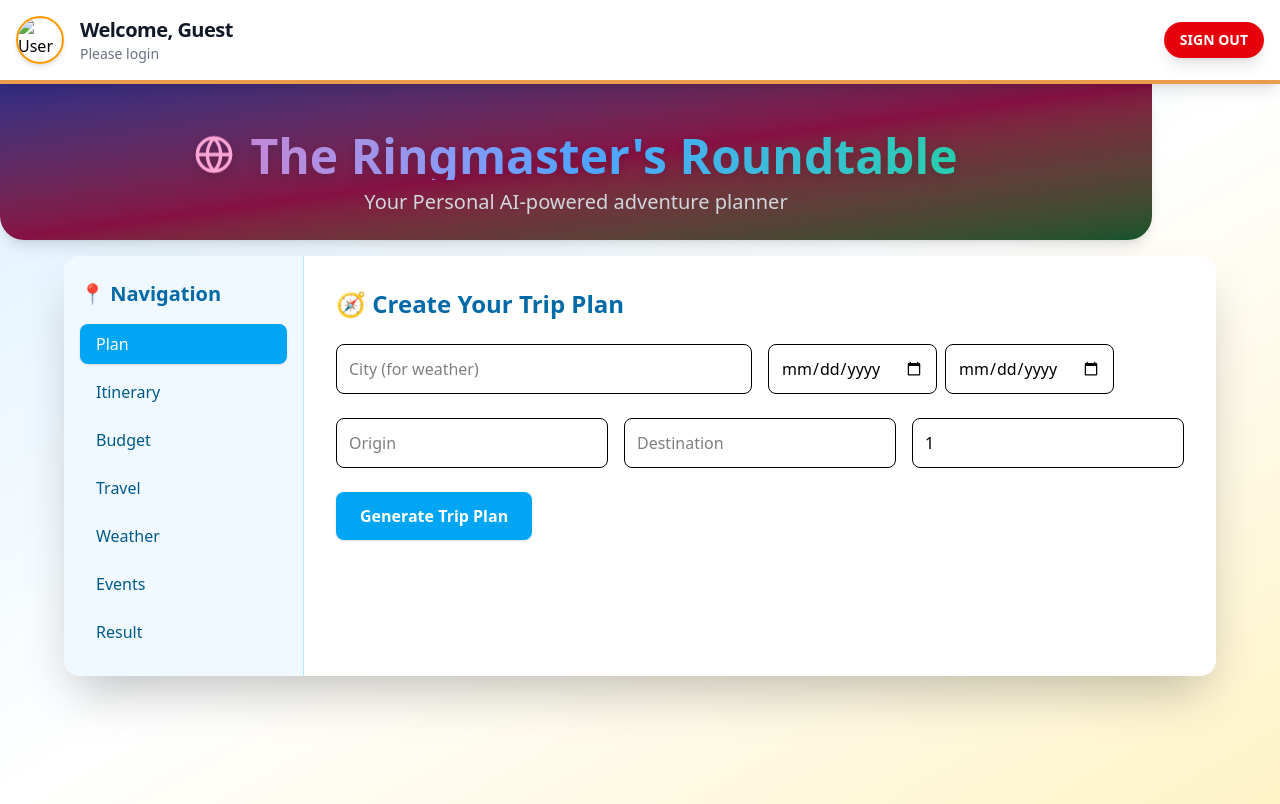
Repository: vega2006/The-Ringmaster-s-Roundtable
Page: /dashboard (app in client/)
An editor plug-in stored every save of this project. The page is shown before and after the next save, followed by the edit.
The browser window is 1280 px wide. The pictures show the whole page.
The page's requests for data from a server got no answer. The project was rebuilt for these pictures with package versions that can differ from the ones it lists, and the page was loaded fresh each time. No one was signed in, and anything a server would have sent is missing. Also part of the build but not shown: client/vite.config.js, client/src/components/GoogleLogin.jsx, client/src/components/NotFound.jsx, client/src/components/WeatherContent.jsx, client/src/components/TravelContent.jsx, client/src/components/ItineraryContent.jsx, client/src/components/BudgetContent.jsx, client/src/components/EventsContent.jsx and 11 more.

Above is the page before, as saved 2025-10-10 20:59:47.

### client/src/App.jsx


import { GoogleOAuthProvider } from "@react-oauth/google";
import GoogleLogin from "./components/GoogleLogin";
import { BrowserRouter, Route, Routes, Navigate } from 'react-router-dom';
import { useState } from 'react';
import RefreshHandler from './components/RefreshHandler';
import NotFound from './components/NotFound';
import Dashboard from "./pages/Dashboard";
import Home from "./pages/Home";
import AIDashboard from "./pages/AIDashboard";
export default function App() {
  const [isAuthenticated, setIsAuthenticated] = useState(false);

  const GoogleWrapper = () => (
    <GoogleOAuthProvider clientId="1054190178825-cc3eg87b9uvh9hfn384ge5sqe5hq9l5v.apps.googleusercontent.com">
      <GoogleLogin />
    </GoogleOAuthProvider>
  );

  const PrivateRoute = ({ element }) => {
    return isAuthenticated ? element : element;
  };

  return (
    <BrowserRouter>
      <RefreshHandler setIsAuthenticated={setIsAuthenticated} />
      <Routes>
        {/* Public route for the Home page, where users can sign in */}
        <Route path="/" element={<Home isAuthenticated={isAuthenticated} />} />

        {/* This is the login page. Redirect to home after login. */}
        <Route path="/login" element={<GoogleWrapper />} />

        {/* This is the protected dashboard route */}
        <Route path='/dashboard' element={<PrivateRoute element={<Dashboard />} />} />
         <Route path='/prompt' element={<PrivateRoute element={<AIDashboard />} />} />

        {/* Catch-all route for invalid URLs */}
        <Route path="*" element={<NotFound />} />
      </Routes>
    </BrowserRouter>
  );
}

### client/src/components/RefreshHandler.jsx
import React, { useEffect } from 'react';
import { useLocation, useNavigate } from 'react-router-dom';

function RefrshHandler({ setIsAuthenticated }) {
    const location = useLocation();
    const navigate = useNavigate();

    useEffect(() => {
        const data = localStorage.getItem('user-info');
        const token = JSON.parse(data)?.token;
        if (token) {
            setIsAuthenticated(true);
            if (location.pathname === '/' ||
                location.pathname === '/login'
            ) {
                navigate('/dashboard', { replace: false });
            }
        }
    }, [location, navigate, setIsAuthenticated])

    return (
        null
    )
}

export default RefrshHandler

### client/src/pages/Dashboard.jsx
// import AppHeader from "./components/AppHeader";
// import Sidebar from "./components/Sidebar";
// import MainContent from "./components/MainContent";
// import ContentRouter from "./components/ContentRouter";
// import { TripProvider } from "./contexts/TripContext";

import {TripProvider } from "../contexts/TripContext";
import AppHeader from "../components/AppHeader";
import Sidebar from "../components/Sidebar";
import MainContent from "../components/MainContent";
import ContentRouter from "../components/ContentRouter";
import React, { useEffect, useState } from 'react'
import { useNavigate } from 'react-router-dom';
import PlanByPrompt from "../components/PlanByPrompt";
const Dashboard = () => {

     const [userInfo, setUserInfo] = useState(null);
    const navigate = useNavigate();

    useEffect(()=>{
        const data = localStorage.getItem('user-info');
        const userData = JSON.parse(data);
        setUserInfo(userData);
    },[])

    const handleLogout = ()=>{
        localStorage.removeItem('user-info');
        navigate('/login');
    }


  return (
    <div>
      <div className="sticky top-0 z-10 bg-white shadow-lg p-3 sm:p-4 border-b-4 border-amber-600/70">
                <div className="max-w-7xl mx-auto flex justify-between items-center">

                    {/* User Info Display */}
                    <div className="flex items-center space-x-4">
                        <img
                            className="w-12 h-12 rounded-full object-cover shadow-md border-2 border-amber-500"
                            src={userInfo?.image}
                            alt={userInfo?.name || 'User'}
                            onError={(e) => { e.target.onerror = null; e.target.src="https://placehold.co/40x40/FFC107/333?text=?" }}
                        />
                        <div className="hidden sm:block">
                            <h1 className="text-xl font-bold text-gray-900 tracking-tight">Welcome, {userInfo?.name || 'Guest'}</h1>
                            <h3 className="text-sm text-gray-500">{userInfo?.email || 'Please login'}</h3>
                        </div>
                        <div className="sm:hidden text-lg font-bold text-gray-900">
                           {userInfo?.name ? `Hello, ${userInfo.name.split(' ')[0]}!` : 'Hello!'}
                        </div>
                    </div>

                    {/* Logout Button (Stylized and positioned on the right) */}
                    <button
                        onClick={handleLogout}
                        className="px-4 py-2 bg-red-600 text-white font-semibold rounded-full shadow-lg hover:bg-red-700
                                   transition duration-150 transform hover:scale-[1.02] active:scale-95
                                   focus:outline-none focus:ring-4 focus:ring-red-300 uppercase text-sm"
                    >
                        Sign Out
                    </button>
                </div>
            </div>

      <TripProvider>
        <div className="min-h-screen bg-gradient-to-br from-sky-100 via-white to-amber-100 font-inter">
          <AppHeader />
          <div className="max-w-6xl mx-auto grid grid-cols-1 md:grid-cols-[240px_1fr] bg-white shadow-2xl rounded-2xl overflow-hidden mt-4 mb-8">
            <Sidebar />

            <MainContent>

              <ContentRouter />
            </MainContent>
          </div>
        </div>
    </TripProvider>

    </div>
  )
}
export default Dashboard


// import React, { useEffect, useState } from 'react'
// import { useNavigate } from 'react-router-dom';

// const Dashboard = () => {
    // const [userInfo, setUserInfo] = useState(null);
    // const navigate = useNavigate();

    // useEffect(()=>{
    //     const data = localStorage.getItem('user-info');
    //     const userData = JSON.parse(data);
    //     setUserInfo(userData);
    // },[])

    // const handleLogout = ()=>{
    //     localStorage.removeItem('user-info');
    //     navigate('/login');
    // }

//     return (
//         <>
            // <h1>Welcome {userInfo?.name}</h1>
            // <h3>{userInfo?.email}</h3>
            // <img src={userInfo?.image} alt={userInfo?.name}/>
            // <button onClick={handleLogout}
            // >Logout
            // </button>
//         </>
//     )
// }

// export default Dashboard

### client/src/api/api.jsx
import axios from "axios";

const API_BASE = `${import.meta.env.VITE_BACKEND_URL}/api`;


const api = axios.create({
    baseURL: "http://localhost:4000/auth/",
    // withCredentials: true,
});

export const googleAuth = (code) => api.get(`/google?code=${code}`);


export const getWeather = (city, travelDate) =>
  axios.get(`${API_BASE}/weather?city=${encodeURIComponent(city)}&travelDate=${encodeURIComponent(travelDate)}`);
;

export const getRoute = (origin, destination, travelDate) =>
  axios.get(`${API_BASE}/maps?origin=${encodeURIComponent(origin)}&destination=${encodeURIComponent(destination)}&travelDate=${encodeURIComponent(travelDate)}`);


export const getEvents = (destination, startTravelDate, endTravelDate) =>
  axios.get(`${API_BASE}/events`, {
    params: {
      city: destination,
      startDate: startTravelDate,
      endDate: endTravelDate,
    },
  });

export const getTripBudget = async (payload) => {
  // console.log(payload);
  return axios.post(`${API_BASE}/budget`, payload);
};


export const getItinerary = async (destination,startDate, endDate) => {
  return axios.post(`${API_BASE}/itinerary/generate`, {
      destination,
      startDate,
      endDate,
    });
};

### client/src/components/AppHeader.jsx
import React from 'react';
import { Globe } from 'lucide-react';

const AppHeader = () => (
  <div className="w-full max-w-6xl text-center pt-12 pb-6 bg-gradient-to-br from-indigo-900 via-pink-900 to-green-900 rounded-b-3xl shadow-lg">
    <h1 className="text-4xl sm:text-5xl font-extrabold text-transparent bg-clip-text bg-gradient-to-r from-pink-400 via-blue-400 to-green-400 drop-shadow-lg flex items-center justify-center mx-auto">
      <Globe className="w-8 h-8 sm:w-10 sm:h-10 mr-4 text-pink-300 animate-bounce" />
      The Ringmaster's Roundtable
    </h1>
    <p className="text-center text-lg sm:text-xl text-gray-300 mt-2">
      Your Personal AI-powered adventure planner
    </p>
  </div>
);

export default AppHeader;

### client/src/components/Sidebar.jsx
import { useTrip } from "../contexts/TripContext";
import { TABS } from "../utils/constants";

export default function Sidebar() {
  const { activeTab, setActiveTab, isResultAvailable } = useTrip();

  return (
    <aside className="bg-sky-50 border-r border-sky-200 py-6 px-4">
      <h2 className="text-xl font-semibold mb-4 text-sky-700">📍 Navigation</h2>
      <nav className="flex flex-col space-y-2">
        {TABS.map((tab) => (
          <button
            key={tab}
            disabled={tab !== "Plan" && !isResultAvailable}
            onClick={() => setActiveTab(tab)}
            className={`px-4 py-2 text-left rounded-lg font-medium transition-all ${
              activeTab === tab
                ? "bg-sky-500 text-white shadow"
                : "hover:bg-sky-100 text-sky-800"
            } ${tab !== "Plan" && !isResultAvailable ? "opacity-50 cursor-not-allowed" : ""}`}
          >
            {tab}
          </button>
        ))}
      </nav>
    </aside>
  );
}

### client/src/components/MainContent.jsx
export default function MainContent({ children }) {
  return (
    <main className="p-8 bg-white overflow-y-auto">
      {children}
    </main>
  );
}

### client/src/components/ContentRouter.jsx
import { useTrip } from "../contexts/TripContext";
import PlanInput from "./PlanInput";
import WeatherContent from "./WeatherContent";
import TravelContent from "./TravelContent";
import ItineraryContent from "./ItineraryContent";
import BudgetContent from "./BudgetContent";
import EventsContent from "./EventsContent";

export default function ContentRouter() {
  const { activeTab } = useTrip();

  switch (activeTab) {
    case "Plan": return <PlanInput />;
    case "Weather": return <WeatherContent />;
    case "Travel": return <TravelContent />;
    case "Itinerary": return <ItineraryContent />;
    case "Budget": return <BudgetContent />;
    case "Events": return <EventsContent />;
    default: return <PlanInput />;
  }
}

### client/src/utils/constants.jsx
export const API_KEY = "";
export const API_URL = `https://generativelanguage.googleapis.com/v1beta/models/gemini-2.5-flash-preview-05-20:generateContent?key=${API_KEY}`;

export const TABS = ["Plan", "Itinerary", "Budget", "Travel", "Weather", "Events","Result"];

export const RESPONSE_SCHEMA = {
  type: "OBJECT",
  properties: {
    destination: { type: "STRING" },
    duration_days: { type: "NUMBER" },
    summary: { type: "STRING" },
    itinerary: {
      type: "ARRAY",
      items: {
        type: "OBJECT",
        properties: {
          day: { type: "NUMBER" },
          date: { type: "STRING" },
          activities: { type: "ARRAY", items: { type: "STRING" } },
        },
      },
    },
  },
};

### client/src/components/PlanInput.jsx
import { useTrip } from "../contexts/TripContext";

export default function PlanInput() {
  const {
    prompt, setPrompt,
    city, setCity,
    origin, setOrigin,
    destination, setDestination,
    startTravelDate, setStartTravelDate,
    endTravelDate, setEndTravelDate,
    generateTripPlan,
    isLoading, error,
    numPeople, setNumPeople
  } = useTrip();

  return (
    <div className="space-y-6">
      <h2 className="text-2xl font-semibold text-sky-700">🧭 Create Your Trip Plan</h2>

      <div className="grid grid-cols-1 md:grid-cols-2 gap-4">
        <input
          type="text"
          placeholder="City (for weather)"
          value={city}
          onChange={(e) => setCity(e.target.value)}
          className="p-3 border rounded-lg focus:ring-2 focus:ring-sky-400"
        />
        <div className="flex space-x-2">
          <input
            type="date"
            value={startTravelDate}
            onChange={(e) => setStartTravelDate(e.target.value)}
            className="p-3 border rounded-lg focus:ring-2 focus:ring-sky-400"
            placeholder="Start Date"
          />
          <input
            type="date"
            value={endTravelDate}
            onChange={(e) => setEndTravelDate(e.target.value)}
            className="p-3 border rounded-lg focus:ring-2 focus:ring-sky-400"
            placeholder="End Date"
          />
        </div>
      </div>

      <div className="grid grid-cols-1 md:grid-cols-3 gap-4">
        <input
          type="text"
          placeholder="Origin"
          value={origin}
          onChange={(e) => setOrigin(e.target.value)}
          className="p-3 border rounded-lg focus:ring-2 focus:ring-sky-400"
        />
        <input
          type="text"
          placeholder="Destination"
          value={destination}
          onChange={(e) => setDestination(e.target.value)}
          className="p-3 border rounded-lg focus:ring-2 focus:ring-sky-400"
        />
        <input
          type="number"
          min="1"
          value={numPeople}
          onChange={(e) => setNumPeople(e.target.value)}
          className="p-3 border rounded-lg focus:ring-2 focus:ring-sky-400"
          placeholder="Number of People"
        />
      </div>

      {error && <p className="text-red-500 text-sm">{error}</p>}

      <button
        onClick={generateTripPlan}
        disabled={isLoading}
        className="bg-sky-500 text-white font-semibold px-6 py-3 rounded-lg shadow hover:bg-sky-600 transition-all"
      >
        {isLoading ? "Planning..." : "Generate Trip Plan"}
      </button>
    </div>
  );
}

Loaded but not shown: client/index.html (common file); client/src/main.jsx (common file); client/src/index.css (common file); client/src/contexts/TripContext.jsx (197 lines, source omitted)

After the next save:
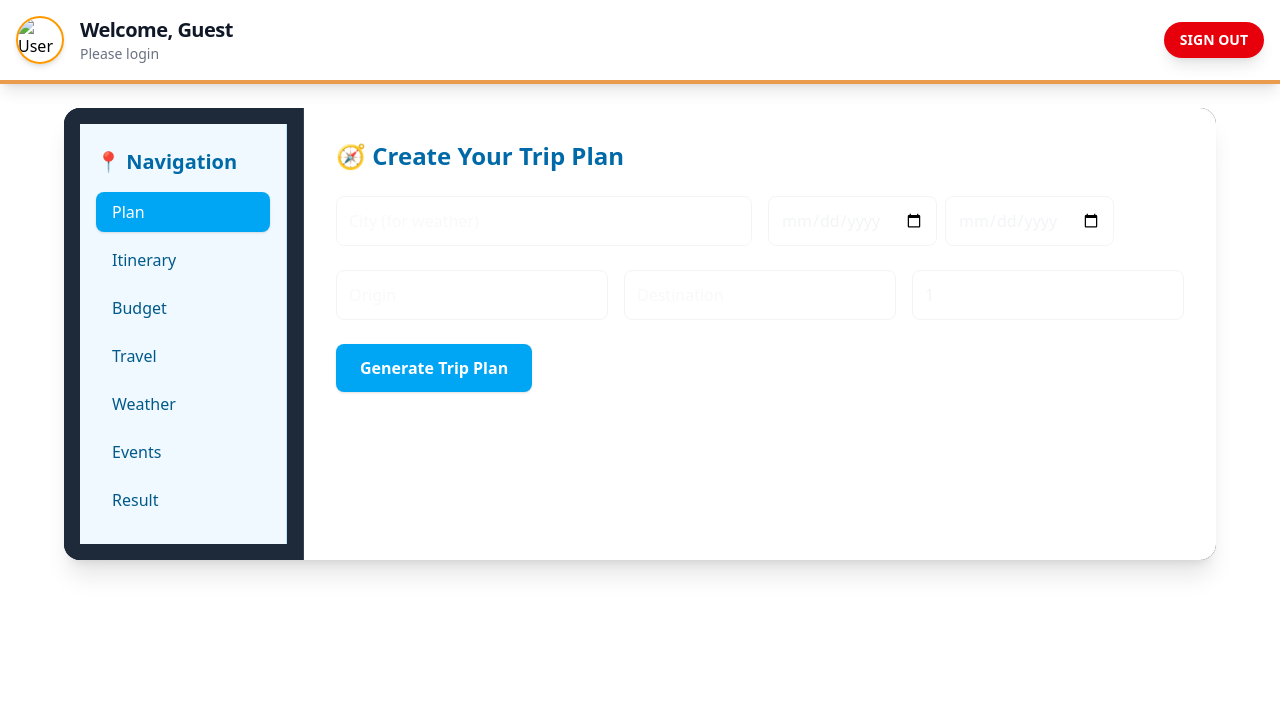
Saved 16 s later.
--- a/client/src/pages/Dashboard.jsx
+++ b/client/src/pages/Dashboard.jsx
@@ -64,17 +64,21 @@
             </div>
 
       <TripProvider>
-        <div className="min-h-screen bg-gradient-to-br from-sky-100 via-white to-amber-100 font-inter">
-          <AppHeader />
-          <div className="max-w-6xl mx-auto grid grid-cols-1 md:grid-cols-[240px_1fr] bg-white shadow-2xl rounded-2xl overflow-hidden mt-4 mb-8">
-            <Sidebar />
+       <div className="max-w-6xl mx-auto grid grid-cols-1 md:grid-cols-[240px_1fr]
+                bg-gray-900 shadow-xl rounded-2xl overflow-hidden mt-6 mb-8 text-gray-100">
 
-            <MainContent>
+  {/* Sidebar */}
+  <div className="bg-gray-800 p-4 border-r border-gray-700">
+    <Sidebar />
+  </div>
 
-              <ContentRouter />
-            </MainContent>
-          </div>
-        </div>
+  {/* Main Content */}
+  <MainContent>
+    <ContentRouter />
+  </MainContent>
+
+</div>
+
     </TripProvider>
 
     </div>

After the save that followed:
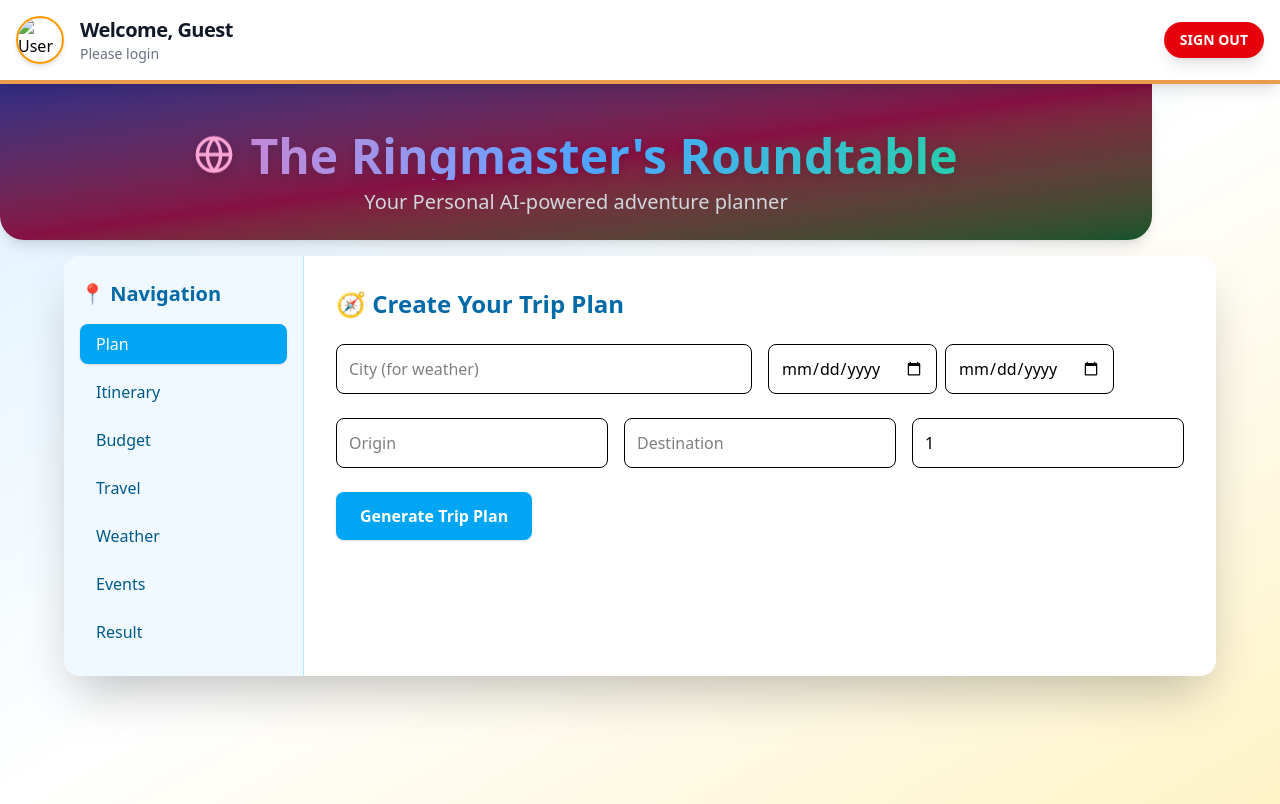
Saved 13 s later.
--- a/client/src/pages/Dashboard.jsx
+++ b/client/src/pages/Dashboard.jsx
@@ -64,21 +64,17 @@
             </div>
 
       <TripProvider>
-       <div className="max-w-6xl mx-auto grid grid-cols-1 md:grid-cols-[240px_1fr]
-                bg-gray-900 shadow-xl rounded-2xl overflow-hidden mt-6 mb-8 text-gray-100">
+        <div className="min-h-screen bg-gradient-to-br from-sky-100 via-white to-amber-100 font-inter">
+          <AppHeader />
+          <div className="max-w-6xl mx-auto grid grid-cols-1 md:grid-cols-[240px_1fr] bg-white shadow-2xl rounded-2xl overflow-hidden mt-4 mb-8">
+            <Sidebar />
 
-  {/* Sidebar */}
-  <div className="bg-gray-800 p-4 border-r border-gray-700">
-    <Sidebar />
-  </div>
+            <MainContent>
 
-  {/* Main Content */}
-  <MainContent>
-    <ContentRouter />
-  </MainContent>
-
-</div>
-
+              <ContentRouter />
+            </MainContent>
+          </div>
+        </div>
     </TripProvider>
 
     </div>
